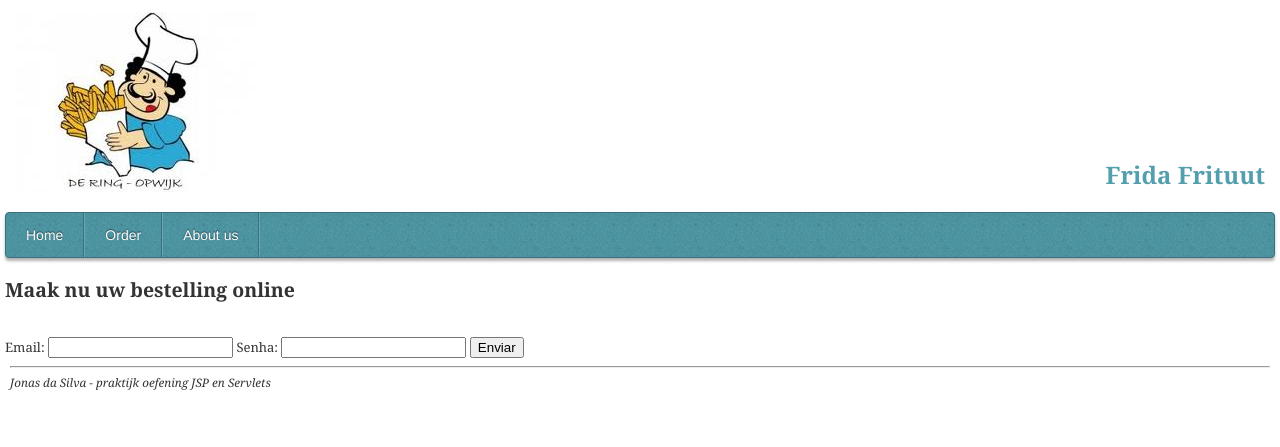
Repository: Projetos-intec/workspace-JavaWebJSP
Page: http://localhost/FrituurFrida/othert.jsp
These files come from the project's save history. The page is drawn as it stood at one moment and after the next save; the edit follows.
The browser window is 1280 px wide. The pictures show the whole page.
The page is served by Tomcat 9.

Above is the page before, as saved 2014-09-17 10:02:49.

After the next save:
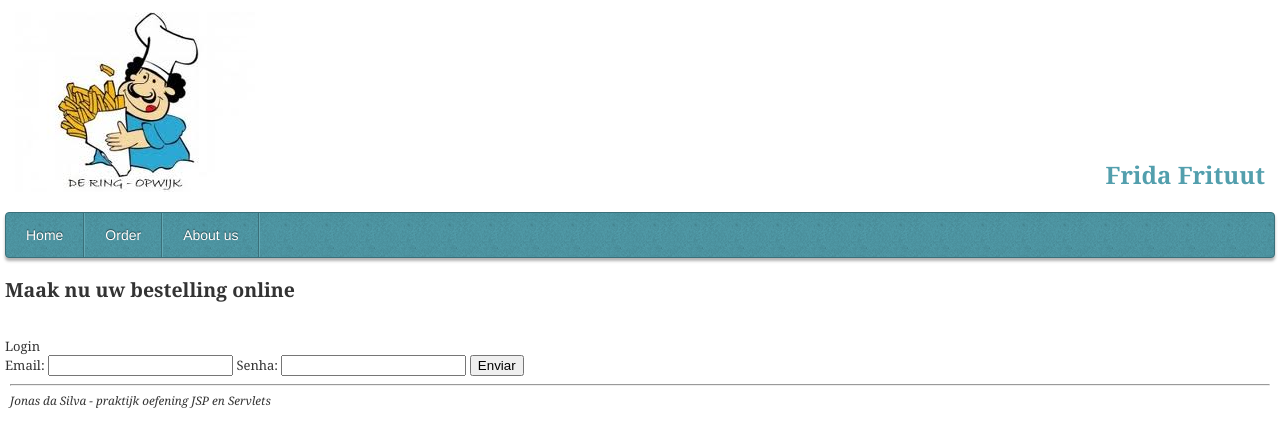
Saved 34 s later.
--- a/FrituurFrida/WebContent/othert.jsp
+++ b/FrituurFrida/WebContent/othert.jsp
@@ -28,7 +28,7 @@
 	<article>
 	<h2>Maak nu uw bestelling online</h2>
 	<br />
-
+		Login
 	<form action="login" method="POST">
 		Email: <input type="email" name="email" /> Senha: <input
 			type="password" name="senha" /> <input type="submit" value="Enviar" />
